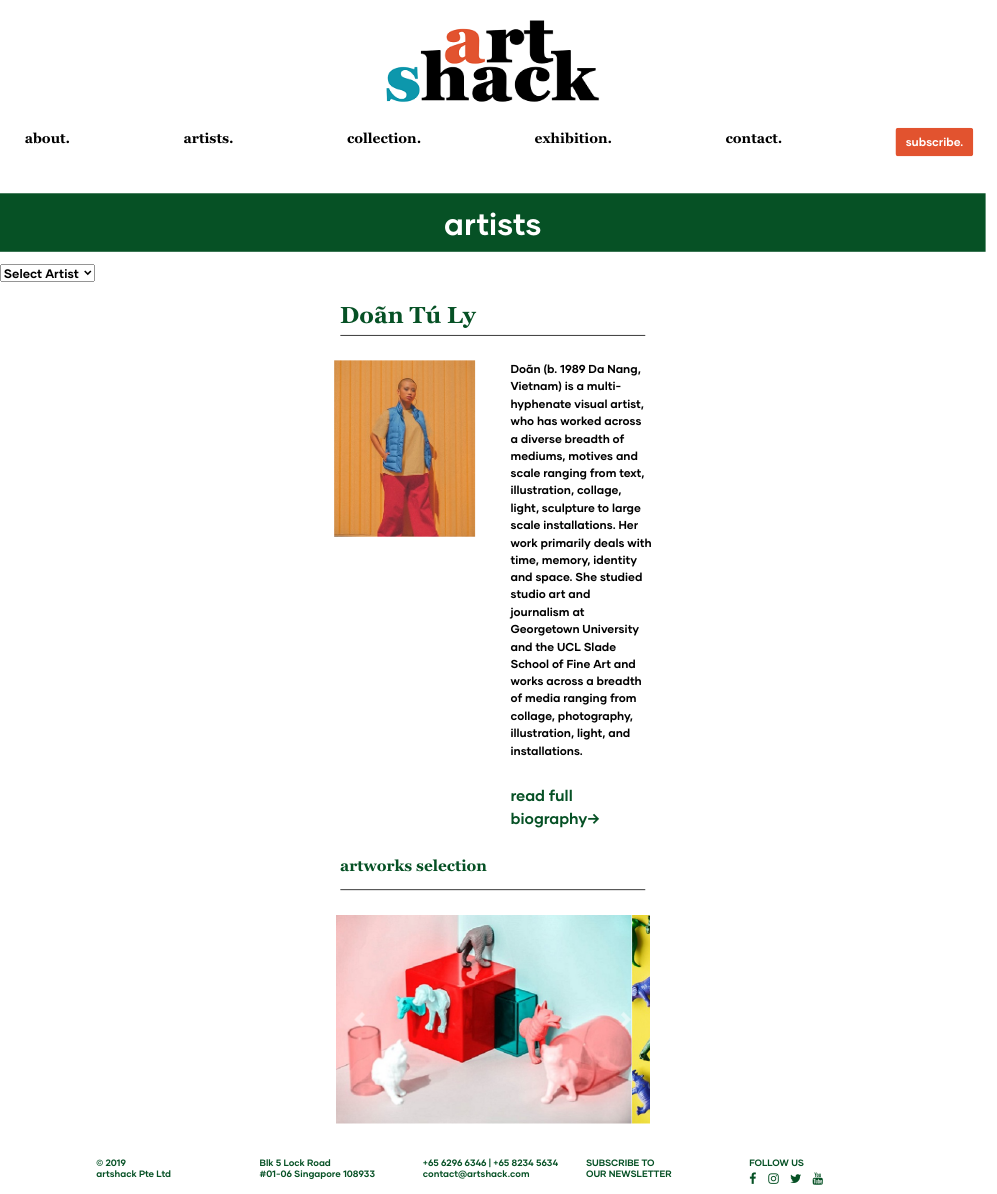
Repository: lynette-lyf/artshack
Page: doantuly.html
The author's editor kept a record of every edit. The page is drawn from the files as they stood at one moment, then again after the next edit.
The browser window is 1280 px wide. The page is 1295 px wide, so the pictures cover 1295 px, including what lies to the right of the window. The pictures show the whole page, at 77% of full size.

Above is the page before.
Not found: artists.css

### doantuly.html
<!doctype html>
<html lang="en">

<head>
  <!-- Required meta tags -->
  <meta charset="utf-8">
  <meta name="viewport" content="width=device-width, initial-scale=1, shrink-to-fit=no">

  <!-- Bootstrap CSS -->
  <link rel="stylesheet" href="https://stackpath.bootstrapcdn.com/bootstrap/4.3.1/css/bootstrap.min.css" integrity="sha384-ggOyR0iXCbMQv3Xipma34MD+dH/1fQ784/j6cY/iJTQUOhcWr7x9JvoRxT2MZw1T" crossorigin="anonymous">
  <link rel="stylesheet" href="artists.css" />
  <link rel="stylesheet" href="https://cdnjs.cloudflare.com/ajax/libs/font-awesome/4.7.0/css/font-awesome.min.css">
  <link href="https://unpkg.com/aos@2.3.1/dist/aos.css" rel="stylesheet">
  <title>artshack</title>

  <style>
/* font converted using font-converter.net. thank you! */
@font-face {
  font-family: "Georgia-Bold";
  src: url("./fonts/georgiab.eot"); /* IE9 Compat Modes */
  src: url("./fonts/georgiab.eot?#iefix") format("embedded-opentype"), /* IE6-IE8 */
    url("./fonts/georgiab.otf") format("opentype"), /* Open Type Font */
    url("./fonts/georgiab.svg") format("svg"), /* Legacy iOS */
    url("./fonts/georgiab.ttf") format("truetype"), /* Safari, Android, iOS */
    url("./fonts/georgiab.woff") format("woff"), /* Modern Browsers */
    url("./fonts/georgiab.woff2") format("woff2"); /* Modern Browsers */
  font-weight: normal;
  font-style: normal;
}


/* font converted using font-converter.net. thank you! */
@font-face {
  font-family: "GilmerBold";
  src: url("./fonts/GilmerBold.eot"); /* IE9 Compat Modes */
  src: url("./fonts/GilmerBold.eot?#iefix") format("embedded-opentype"), /* IE6-IE8 */
    url("./fonts/GilmerBold.otf") format("opentype"), /* Open Type Font */
    url("./fonts/GilmerBold.svg") format("svg"), /* Legacy iOS */
    url("./fonts/GilmerBold.ttf") format("truetype"), /* Safari, Android, iOS */
    url("./fonts/GilmerBold.woff") format("woff"), /* Modern Browsers */
    url("./fonts/GilmerBold.woff2") format("woff2"); /* Modern Browsers */
  font-weight: normal;
  font-style: normal;
}

    .logo {
      width: 280px;
    }

    /*Custom BootStrap4 CSS Styling credits to Saranya Rajendran @ https://stackoverflow.com/questions/49400853/how-to-change-navbar-hover-color-on-bootstrap-4/49405726*/

    .navbar-light .navbar-brand {
      color: black;
    }

    .navbar-light .navbar-nav .active>.nav-link,
    .navbar-light .navbar-nav .nav-link.active,
    .navbar-light .navbar-nav .nav-link.show,
    .navbar-light .navbar-nav .show>.nav-link {
      color: black;
    }

    .navbar-light .navbar-nav .nav-link {
      color: black;
    }

    .navbar-light .navbar-nav .nav-link-about,
    .navbar-light .navbar-nav .nav-link-artists,
    .navbar-light .navbar-nav .nav-link-collection,
    .navbar-light .navbar-nav .nav-link-exhibition,
    .navbar-light .navbar-nav .nav-link-contact {
      color: black;
    }

    .navbar-light .navbar-nav .nav-link-about:hover,
    .navbar-light .navbar-nav .nav-link-contact:hover {
      color: rgb(13, 151, 172) !important;
      text-decoration: none;
    }

    .navbar-light .navbar-nav .nav-link-artists:hover {
      color: rgb(6, 81, 37) !important;
      text-decoration: none;
    }

    .navbar-light .navbar-nav .nav-link-collection:hover {
      color: rgb(221, 160, 51) !important;
      text-decoration: none;
    }

    .navbar-light .navbar-nav .nav-link-exhibition:hover {
      color: rgb(226, 83, 47) !important;
      text-decoration: none;
    }

    .navbar ul {
      display: flex;
      align-items: stretch;
      /* Default */
      justify-content: space-between;
      width: 100%;
      background: #fff;
      margin: 0;
      padding: 0;
    }

    .navbar li {
      display: block;
      flex: 0 1 auto;
      /* Default */
      list-style-type: none;
      background: #fff;
    }

    .navbar .nav-item-subscribe {
      color: white;
    }

    .navbar {
      font-family: Georgia-Bold;
      color: black;
      font-size: 18px;
    }




    form {
      font-family: GilmerBold;
    }

    .form-group .form-control {
      background-color: rgb(6, 81, 37);
      color: white;
    }

    .btn {
      font-family: GilmerBold;
      font-size: 15px;
      color: white;
      background-color: rgb(226, 83, 47);
    }

    .btn:hover {
      color: white;
      background-color: rgb(13, 151, 172);
    }

    .btn:focus {
      color: orange;
    }

    .box {
      background-color: white;
      color: white;
    }

.container-fluid-footer h3 {
  font-family: GilmerBold;
  font-size: 12px;
  color: rgb(6,81,37);
}

.container-fluid-footer h3 a {
  text-decoration: none;
  color: rgb(6,81,37);
}


.container-fluid-footer #socials a {
  text-decoration: none;
  color: rgb(6,81,37);
  margin: 6px;
}

.container-fluid-footer #socials a:hover,
.container-fluid-footer h3 a:hover,
.container-fluid-footer .newsletter:hover{
  color: rgb(221,160,51);
}

@media (max-width: 1023px) {
  .container-fluid-footer .newsletter { display: none; }
}

.container-fluid-artists {
  background-color: rgb(6,81,37);
}

.container-fluid-artists #artists {
  font-family: GilmerBold;
  font-size: 40px;
  color: white;
}

hr {
  margin-top: 0px;
  padding: 0px;
  color: black;
  border-top: 1.5px solid;
}




.container-fluid-artistscontent #D,
.container-fluid-artistscontent #S {
  font-family: Georgia-Bold;
  font-size: 30px;
  padding: 0px;
}

.container-fluid-artistscontent #D,
.container-fluid-artistscontent #Dbio,
.container-fluid-artistscontent #Dsel {
  color: rgb(6,81,37);
}

.container-fluid-artistscontent #S,
.container-fluid-artistscontent #Sbio,
.container-fluid-artistscontent #Ssel {
  color: rgb(226,83,47);
}


.container-fluid-artistscontent #Dbio,
.container-fluid-artistscontent #Sbio {
  text-decoration:none;
  font-family:GilmerBold;
  font-size: 20px;
  text-align: right;
}

.container-fluid-artistscontent #Dbio:hover,
.container-fluid-artistscontent #Sbio:hover {
  color: rgb(221,160,51);
}

.container-fluid-artistscontent p {
  font-family: GilmerBold;
  font-size: 15px;
  color: black;
}

.container-fluid-artistscontent #Dsel,
.container-fluid-artistscontent #Ssel {
  font-family: Georgia-Bold;
  font-size: 20px;
  padding:0px;
}




  </style>

</head>



<header>
  <!--Logo with navigation to Home Page-->
  <div class="container-fluid">
    <div class="logo mx-auto pt-4">
      <a href="index.html"><img class="img-fluid" src="images/logo.png"></img></a>
    </div>

  </div>

  <div class="container-fluid pl-0 pr-0">
    <!--Navbar credits to https://getbootstrap.com/docs/4.3/components/navbar/-->
    <nav class="navbar navbar-expand-lg navbar-light bg-nobg">
      <a class="navbar-brand" href="#"></a>
      <button class="navbar-toggler" type="button" data-toggle="collapse" data-target="#navbarNav" aria-controls="navbarNav" aria-expanded="false" aria-label="Toggle navigation">
    <span class="navbar-toggler-icon"></span>
  </button>
      <div class="collapse navbar-collapse" id="navbarNav">
        <ul class="navbar-nav">
          <li class="nav-item active">
            <a class="nav-link-about" href="about.html">about.</a>
          </li>
          <li class="nav-item">
            <a class="nav-link-artists" href="artists.html">artists.</a>
          </li>
          <li class="nav-item">
            <a class="nav-link-collection" href="index.html#collection">collection.</a>
          </li>
          <li class="nav-item">
            <a class="nav-link-exhibition" href="index.html#current-exhibition">exhibition.</a>
          </li>
          <li class="nav-item">
            <a class="nav-link-contact" href="index.html#contact">contact.</a>
          </li>
          <!--Modal credits to https://mdbootstrap.com/docs/jquery/modals/forms/-->
          <li class="nav-item-subscribe">
            <a class="btn btn-default btn-rounded mb-4" data-toggle="modal" data-target="#modalSubscriptionForm">subscribe.</a>
          </li>
          <div class="modal fade" id="modalSubscriptionForm" tabindex="-1" role="dialog" aria-labelledby="myModalLabel" aria-hidden="true">
            <div class="modal-dialog" role="document">
              <div class="modal-content">
                <div class="modal-header text-center" style="color: white;background-color:rgb(221,160,51);">
                  <h4 class="modal-title">Subscribe to our Newsletter
                    <div style="font-size: 14px">(& get exclusive invitations to
                      <div> our exhibition openings!)</div>
                    </div>
                  </h4>
                  <button type="button" class="close" data-dismiss="modal" aria-label="Close">
          <span aria-hidden="true">&times;</span>
        </button>
                </div>
                <div class="modal-body" style="color: white;background-color:rgb(6,81,37);">
                  <div class="md-form mb-1 mt-2 mx-3">
                    <input type="text" id="form3" class="form-control validate">
                    <label data-error="wrong" data-success="right" for="form3">name</label>
                  </div>

                  <div class="md-form mx-3">
                    <input type="email" id="form2" class="form-control validate">
                    <label data-error="wrong" data-success="right" for="form2">email address</label>
                  </div>

                </div>
                <div class="modal-footer d-flex justify-content-center" style="color: white;background-color:rgb(226,83,47);>
        <button class=" btn btn-indigo ">Subscribe</button>
      </div>
    </div>
  </div>
</div>
        </ul>
      </div>
    </nav>
</header>

<body>
<!--Artists section-->
<div class="container-fluid-artists mt-3">
            <div class="row ">
              <div class="col text-center my-2 mx-3" id="artists">artists</div>
            </div>
</div>
<div class="container-fluid-form mt-3">
 <div class="row">
              <div class="col" id="artistform">
                <form name="artistList">
              <select name="artistMenu" id="artistMenu">
               <option value="nothing" selected="selected">Select Artist</option>
               <option value="doantuly.html">Doãn Tú Ly</option>
               <option value="songyejun.html">Song Ye-Jun</option>
              </select>
             </form>
    <script type="text/javascript">
      var urlMenu = document.getElementById('artistMenu');
      urlMenu.onchange = function() {
        var userOption = this.options[this.selectedIndex];
        if (userOption.value != "nothing") {
          window.open(userOption.value, "Artists Page", "");window.open('page.html', '_self');
        }
      }
    </script>
    </div>
</div>

<!--Artist 1-->
<div class="container-fluid-artistscontent mt-3 mx-auto">
<div class="row justify-content-center mx-auto">
<div class="col col-xl-4 col-lg-8 col-md-10 col-sm-12 mx-2 my-2"><h1 id="D">Doãn Tú Ly</h1><hr></div>
</div>

<div class="row justify-content-center mx-auto">
<div class="col col-xl-2 col-lg-4 col-md-5 col-sm-12 mx-2 my-2"><img class="img-fluid" src="images/artist1.jpg"></div>
<div class="col col-xl-2 col-lg-4 col-md-5 col-sm-12 mx-2 my-2"><p>Doãn (b. 1989 Da Nang, Vietnam) is a multi-hyphenate visual artist,
who has worked across a diverse breadth of mediums, motives and scale ranging from text,
illustration, collage, light, sculpture to large scale installations. Her work primarily
deals with time, memory, identity and space. She studied studio art and journalism at
Georgetown University and the UCL Slade School of Fine Art and works across a breadth
of media ranging from collage, photography, illustration, light, and installations.<div class="artistbio pt-3">
<a href="#" id="Dbio">read full biography→<a></div></p></div>
</div>

<div class="row justify-content-center mx-auto">
<div class="col col-xl-4 col-lg-8 col-md-10 col-sm-12 mx-2 my-2"><p id="Dsel">artworks selection</p><hr></div>
</div>

<div class="row justify-content-center">
<div class="col col-xl-4 col-lg-8 col-md-10 col-sm-12 mx-2 my-2">

<div id="carouselExampleControls" class="carousel slide" data-ride="carousel">
  <div class="carousel-inner">
    <div class="carousel-item active">
      <img src="images/artist1work1.jpg" class="d-block w-100" alt="...">
    </div>
    <div class="carousel-item">
      <img src="images/artist1work2.jpg" class="d-block w-100" alt="...">
    </div>
    <div class="carousel-item">
      <img src="images/artist1work3.jpg" class="d-block w-100" alt="...">
    </div>
  </div>
  <a class="carousel-control-prev" href="#carouselExampleControls" role="button" data-slide="prev">
    <span class="carousel-control-prev-icon" aria-hidden="true"></span>
    <span class="sr-only">Previous</span>
  </a>
  <a class="carousel-control-next" href="#carouselExampleControls" role="button" data-slide="next">
    <span class="carousel-control-next-icon" aria-hidden="true"></span>
    <span class="sr-only">Next</span>
  </a>
</div>
</div>
</div>
</div>
</div>

                <!-- Optional JavaScript -->
                <!-- jQuery first, then Popper.js, then Bootstrap JS -->
                <script src="https://code.jquery.com/jquery-3.3.1.slim.min.js " integrity="sha384-q8i/X+965DzO0rT7abK41JStQIAqVgRVzpbzo5smXKp4YfRvH+8abtTE1Pi6jizo " crossorigin="anonymous ">
                </script>
                <script src="https://cdnjs.cloudflare.com/ajax/libs/popper.js/1.14.7/umd/popper.min.js " integrity="sha384-UO2eT0CpHqdSJQ6hJty5KVphtPhzWj9WO1clHTMGa3JDZwrnQq4sF86dIHNDz0W1 " crossorigin="anonymous ">
                </script>
                <script src="https://stackpath.bootstrapcdn.com/bootstrap/4.3.1/js/bootstrap.min.js " integrity="sha384-JjSmVgyd0p3pXB1rRibZUAYoIIy6OrQ6VrjIEaFf/nJGzIxFDsf4x0xIM+B07jRM " crossorigin="anonymous ">
                </script>
                <script src="https://unpkg.com/aos@2.3.1/dist/aos.js"></script>
</body>


<footer>

<!--Page footer-->
  <div class="container-fluid-footer">
  <div class="box">&nbsp;</div>
            <div class="row justify-content-center pt-1 mx-1 mt-2 mb-2">
              <div class="column col-xl-2 col-lg-2 col-md-3 col-sm-10">
<h3 class="copyright">© 2019<br>artshack Pte Ltd</h3>
</div>
<div class="column col-xl-2 col-lg-3 col-md-3 col-sm-10">
<h3 class="address">Blk 5 Lock Road<br> #01-06 Singapore 108933</h3>
</div>

<div class="column col-xl-2 col-lg-3 col-md-3 col-sm-10 ">
<h3 class="contactinfo">+65 6296 6346  |  +65 8234 5634<br><a href="mailto:contact@artshack.com">contact@artshack.com</a></h3>
</div>

<div class="column col-xl-2 col-lg-2 col-md-0 col-sm-0">
<h3 class="newsletter"><a data-toggle="modal" data-target="#modalSubscriptionForm">SUBSCRIBE TO<br>OUR NEWSLETTER</h3></a>
</div>

<div class="column col-xl-2 col-lg-2 col-md-3 col-sm-10 " id="socials">
<h3 class="socials" style="padding: 0px; margin: 0px;">FOLLOW US</h3>
  <a style="margin-left:0px;" href="https://www.facebook.com"><i class="fa fa-facebook"></i></a>
  <a style="margin:5px" href="https://www.instagram.com"><i class="fa fa-instagram"></i></a>
  <a style="margin:5px" href="https://www.twitter.com"><i class="fa fa-twitter"></i></a>
  <a style="margin:5px" href="https://www.youtube.com"><i class="fa fa-youtube"></i></a>
</div>

</div>
</div>
</div>





</footer>

</html>

After the next edit:
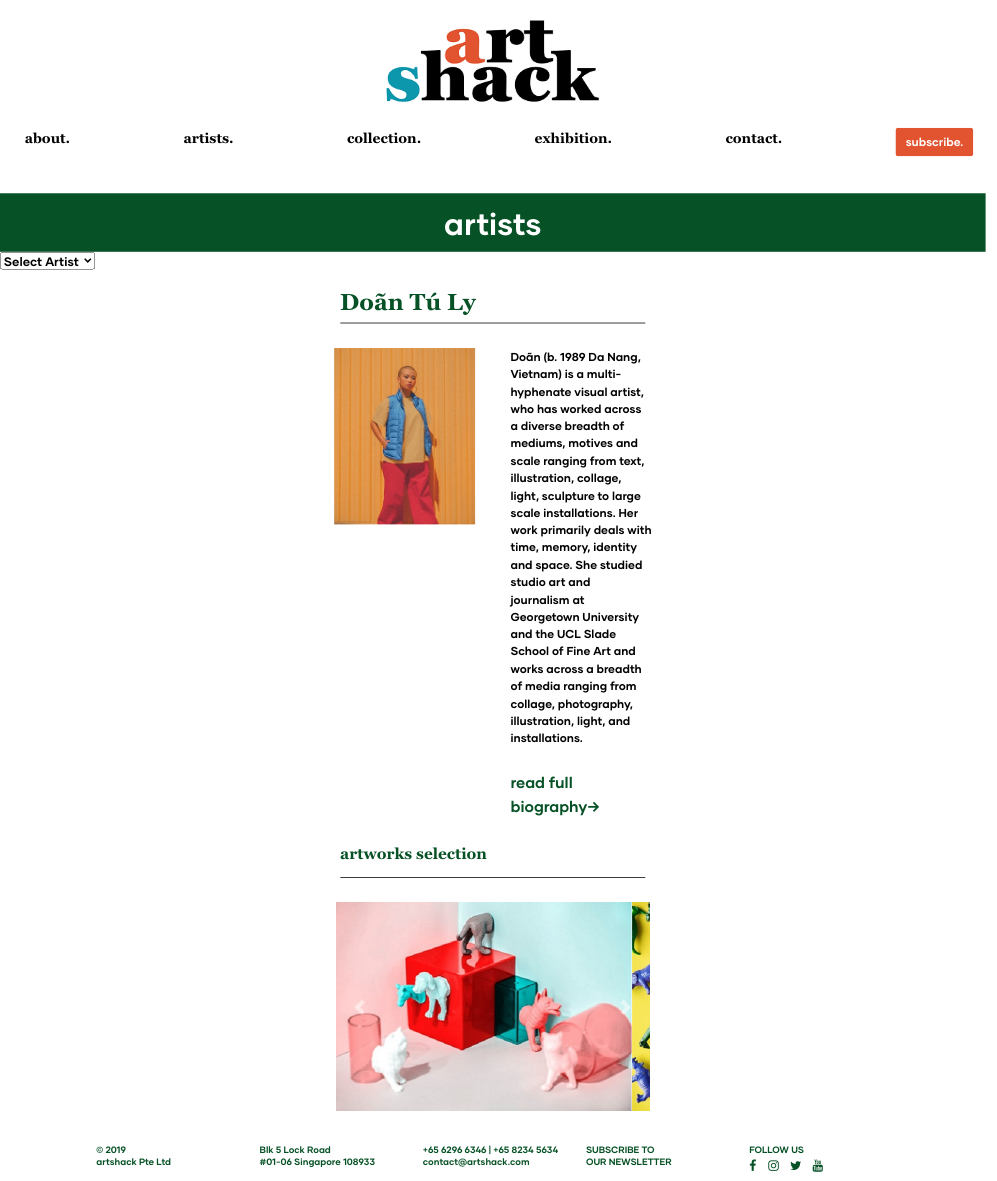
The edit:
--- a/doantuly.html
+++ b/doantuly.html
@@ -338,7 +338,7 @@
               <div class="col text-center my-2 mx-3" id="artists">artists</div>
             </div>
 </div>
-<div class="container-fluid-form mt-3">
+<div class="container-fluid-form">
  <div class="row">
               <div class="col" id="artistform">
                 <form name="artistList">
